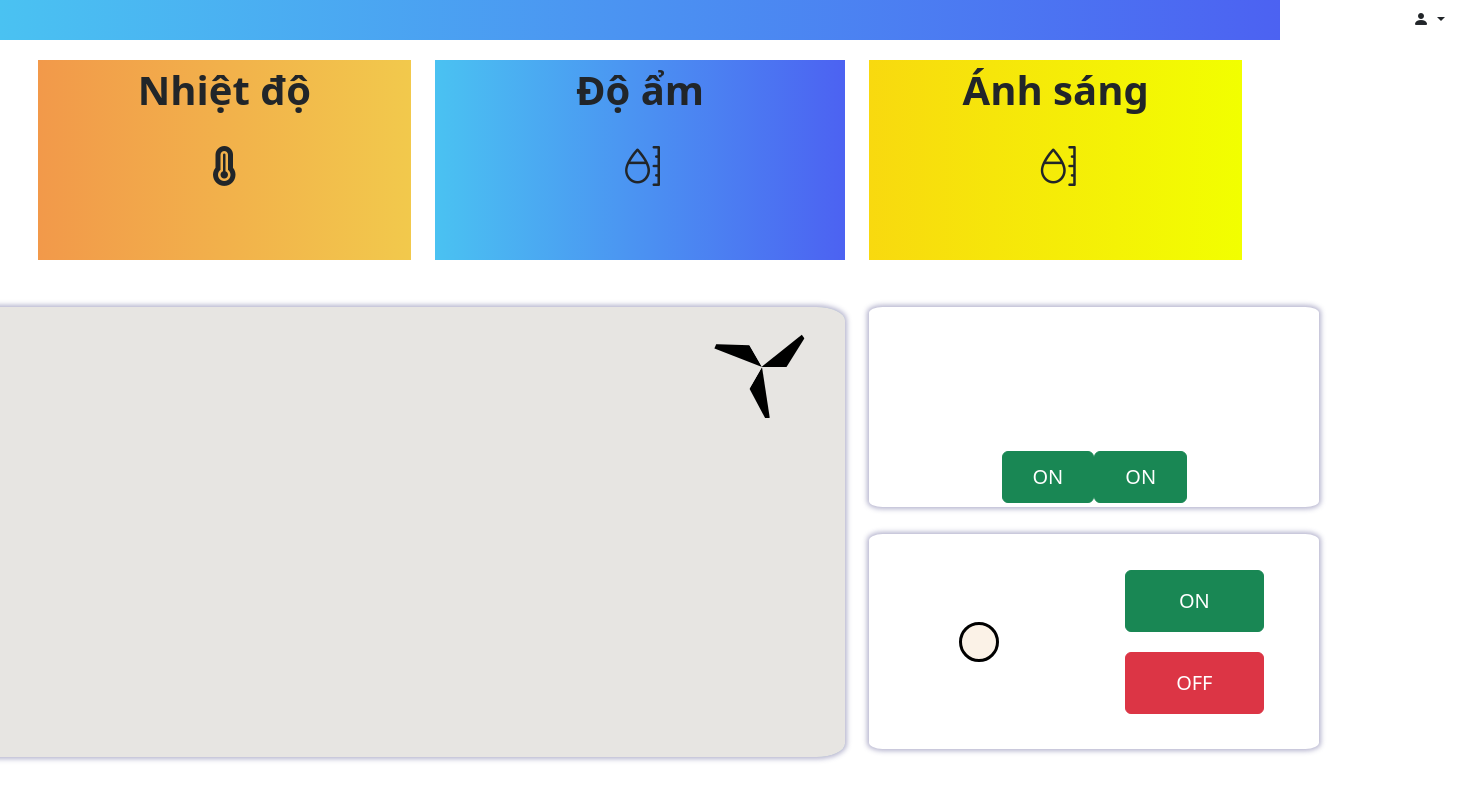
Repository: ndmq03102002/BTL_IOT
Page: Fontend_IOT/iot/index.html
The author's editor kept a copy of each file at every save. The page is drawn from the files as they stood at one save, then again after the next save.
The browser window is 1280 px wide. The page is 1458 px wide, so the pictures cover 1458 px, including what lies to the right of the window. The pictures show the whole page.
Some web libraries are served in a nearby version.

Above is the page before, as saved 2023-09-07 09:55:54.

### Fontend_IOT/iot/index.html
<!DOCTYPE html>
<html lang="en">
<head>
    <meta charset="UTF-8">
    <meta name="viewport" content="width=device-width, initial-scale=1.0">
    <title>Document</title>
    <link rel="stylesheet" href="style.css">
    <link rel="stylesheet" href="bootstrap/css/bootstrap.css">
    <link rel="stylesheet" href="assets/fonts/fontawesome/css/fontawesome-all.min.css">
    <script src="https://cdnjs.cloudflare.com/ajax/libs/Chart.js/2.9.4/Chart.js"></script>
    <script src="https://kit.fontawesome.com/1be2f108e2.js" crossorigin="anonymous"></script>
    <link rel="stylesheet" href="https://cdn.jsdelivr.net/npm/bootstrap-icons@1.10.5/font/bootstrap-icons.css">
    <link rel="stylesheet" href="https://cdnjs.cloudflare.com/ajax/libs/font-awesome/6.0.0/css/all.min.css" integrity="sha512-9usAa10IRO0HhonpyAIVpjrylPvoDwiPUiKdWk5t3PyolY1cOd4DSE0Ga+ri4AuTroPR5aQvXU9xC6qOPnzFeg==" crossorigin="anonymous" referrerpolicy="no-referrer" />

</head>
<header style="width: 100%; height: 40px; margin :auto;background: linear-gradient(to right, #4ac2f2, #4c62f2)">

    <div class="col-sm-12">
        <div class="btn-group" style=" margin-left: 1300px;  ">
            <a class="btn btn-white dropdown-toggle" style="border-radius: 0%;display: block; margin-left: 100px;" href="#" role="button" data-bs-toggle="dropdown" aria-expanded="false">
                <i class="bi bi-person-fill"></i>
              </a>
            <ul class="dropdown-menu">
                <li><a href="javascript:" class="dropdown-item"><i class="bi bi-person"></i> MSV: B20DCCN064</a></li>
                <li><a href="javascript:" class="dropdown-item"><i class="bi bi-phone"></i> Phone: 0399602556</a></li>
                <li><a href="message.html" class="dropdown-item"><i class="bi bi-envelope"></i> Email: Caibutchi2672gmail.com</a></li>
            </ul>
          </div>
</header>
<body>
     <div  style="background-color:white;height:700px; margin-bottom: 50px;">
        <div class="row">
            <div  class="col-sm-4 col-pd"style="padding-left: 50px;" >
                <div class="khoi1 khoi-size">
                        <p >Nhiệt độ</p>
                        <p style="display: inline; " class="count1"></p>
                        <span><i class='fa-solid fa-temperature-full'></i></span>

                </div>
            </div>
            <div class="col-sm-4 col-pd">
                <div class="khoi2 khoi-size">
                    <p> Độ ẩm</p>
                    <p style="display: inline;" class="count2"></p>
                    <span> <i class="bi bi-moisture"></i></span>
                </div>
            </div>
            <div class="col-sm-4 col-pd" style="padding-right: 50px;">
                <div class="khoi3 khoi-size">
                    <p>Ánh sáng</p>
                    <p style="display: inline;" class="count3"></p>
                    <span> <i class="bi bi-moisture"></i></span>
                </div>
            </div>
            <div class="col-sm-8 " >
                <div class="khoi" style="height: 450px;width: 950px; float:right">
                    <canvas id="myChart" style="border-radius: 3%; width:100%;height: 100%;background-color: rgb(231, 229, 226);"></canvas>
                </div>
            </div>
            <div class="col-sm-4 ">
                <div class="khoi khoiii" style=" background-color: white; height: 200px; width: 450px; float: none; display: flex; justify-content: center; align-items: center;">
                    <div class="fan">
                        <div class="blade blade-1"></div>
                        <div class="blade blade-2"></div>
                        <div class="blade blade-3"></div>
                        <div class="stand"></div>
                    </div>
                    <div class="button" style="margin-top: 140px;margin-left: 240px;">
                        <button class="btn btn-success " onclick="OnFan()" style="--bs-btn-padding-y: 10px; --bs-btn-padding-x: 30px; --bs-btn-font-size: 20px; ">ON</button>
                    </div>
                    <div class="button" style="margin-top: 140px;margin-right: 240px;">
                        <button class="btn btn-success " onclick="OnFan()" style="--bs-btn-padding-y: 10px; --bs-btn-padding-x: 30px; --bs-btn-font-size: 20px; ">ON</button>
                    </div>




                </div>
                <div class="khoi " style="background-color: white; margin-bottom: 20px; height: 215px; width: 450px; float: left; display: flex; justify-content: center; align-items: center;">
                    <div class="light" >
                        <div class="light-bulb" > </div>
                    </div>
                    <div class="button"  style="margin: auto;">
                        <button class="btn btn-success " onclick="OnLight()" style="--bs-btn-padding-y: 15px; --bs-btn-padding-x: 50px; --bs-btn-font-size: 20px; ">ON</button>
                         <button class="btn btn-danger " onclick="OffLight()" style="margin-top: 20px; --bs-btn-padding-y: 15px; --bs-btn-padding-x: 50px; --bs-btn-font-size: 20px;">OFF</button>

                    </div>

                </div>
            </div>
        </div>
    </div>
    <p>

    <script src="https://cdn.jsdelivr.net/npm/axios/dist/axios.min.js"></script>
    <script src="js.js"></script>
    <script src="jquery.js"></script>
    <script src="popper.min.js"></script>
    <script src="bootstrap/js/bootstrap.min.js"></script>
</body>
</html>

### Fontend_IOT/iot/style.css
html {
  margin: 0;
  padding: 0;
}

.khoi {
  width: 100%;
  height: 200px;
  margin-right: 0px;
  margin-bottom: 27px;
  background-color: #9fb4d0;

  box-shadow: 0px 0px 5px 2px rgba(97, 95, 151, 0.47);
  border-radius: 3%;
}
.khoi1 {
  width: 100%;
  height: 200px;
  margin-right: 0px;
  margin-bottom: 27px;
  background: linear-gradient(to right, #f2994a, #f2c94c);
}
.khoi2 {
  width: 100%;
  height: 200px;
  margin-right: 0px;
  margin-bottom: 27px;
  background: linear-gradient(to right, #4ac2f2, #4c62f2);
}
.khoi3 {
  width: 100%;
  height: 200px;
  margin-right: 0px;
  margin-bottom: 27px;
  background: linear-gradient(to right, #f8d90f, #f2ff00);
}
.khoii {
  width: 100%;
  height: 500px;
  background-color: black;
}
.abc {
  margin-bottom: 30px;
}
.col-pd {
  padding: 20px;
}
.khoi-size {
  font-size: 40px;
  font-weight: bold;
  text-align: center;
}
.fan {
  width: 200px;
  height: 200px;
  position: relative;
}

.blade {
  width: 0;
  height: 0;
  position: absolute;
  top: 10%;
  left: 110%;
  transform-origin: 0 50%;
  background-color: #000000;
  border-radius: 50%;
}

.blade-1 {
  width: 50px;
  height: 80px;
  clip-path: polygon(0 50%, 100% 0, 50% 50%);
  transform: rotate(0deg);
  /* animation: rotateFan1 1s linear infinite; */
}

.blade-2 {
  width: 50px;
  height: 80px;
  clip-path: polygon(0 50%, 100% 0, 50% 50%);
  transform: rotate(120deg);
  /* animation: rotateFan2 1s linear infinite; */
}

.blade-3 {
  width: 50px;
  height: 80px;
  clip-path: polygon(0 50%, 100% 0, 50% 50%);
  transform: rotate(240deg);
  /* animation: rotateFan3 1s linear infinite; */
}

@keyframes rotateFan2 {
  to {
    transform: rotate(480deg);
  }
}
@keyframes rotateFan1 {
  to {
    transform: rotate(360deg);
  }
}
@keyframes rotateFan3 {
  to {
    transform: rotate(600deg);
  }
}
.button {
  display: flex;
  flex-direction: column;
  justify-content: space-between;
}
.light {
  width: 200px;
  height: 200px;
}

.light-bulb {
  width: 40px;
  height: 40px;
  background-color: rgb(251 242 231);
  border: 3px solid #000;
  border-radius: 50%;
  position: relative;
  left: 90px;
  top: 80px;
}
@keyframes bulbLight {
  to {
    border: 5px solid transparent;
    box-shadow: 0 0 30px 50px rgba(255, 255, 0, 0.912);
  }
}

### Fontend_IOT/iot/js.js
let Listbox = document.querySelectorAll(".khoi-size");
let box1 = Listbox[0];
let box2 = Listbox[1];
let box3 = Listbox[2];
// let arrayP = box.getElementsByTagName("p");
// console.log(arrayP[1].innerText);

let countTemp = document.getElementsByClassName(".count1").innerText;
let countHum = document.getElementsByClassName(".count2").innerText;
let countLight = document.getElementsByClassName(".count3").innerText;

let count = 0;

function changeTemp() {
  if (countTemp <= 10) {
    box1.style.backgroundColor = "#9fb4d0";
  } else if (countTemp <= 25) {
    box1.style.backgroundColor = "#3fc848";
  } else if (countTemp <= 35) {
    box1.style.backgroundColor = "#c8b83f";
  } else {
    box1.style.backgroundColor = "#c83f3f";
  }
  if (countTemp > 50) {
    box1.style.backgroundColor = "#fd0606";
  }
}
function changeHum() {
  if (countHum <= 10) {
    box2.style.backgroundColor = "#9fb4d0";
  } else if (countHum <= 25) {
    box2.style.backgroundColor = "#3fc848";
  } else if (countHum <= 35) {
    box2.style.backgroundColor = "#c8b83f";
  } else {
    box2.style.backgroundColor = "#c83f3f";
  }
  if (countHum > 50) {
    box2.style.backgroundColor = "#fd0606";
  }
}
function changeLight() {
  if (countLight <= 10) {
    box3.style.backgroundColor = "#9fb4d0";
  } else if (countLight <= 25) {
    box3.style.backgroundColor = "#3fc848";
  } else if (countLight <= 35) {
    box3.style.backgroundColor = "#c8b83f";
  } else {
    box3.style.backgroundColor = "#c83f3f";
  }
  if (countLight > 50) {
    box3.style.backgroundColor = "#fd0606";
  }
}
function getTempAllData() {
  fetch("http://localhost:8080/Iot/getAllData")
    .then(function (response) {
      return response.json();
    })
    .then(function (posts) {
      const temp = [];
      const hum = [];
      const light = [];
      for (let key of posts) {
        temp.push(key.temperature);
        hum.push(key.humidity);
        light.push(key.light);
      }
      // hiển thị nhiệt độ
      countTemp = document.querySelector(".count1").innerText =
        temp[temp.length - 1];
      countHum = document.querySelector(".count2").innerText =
        hum[hum.length - 1];
      countLight = document.querySelector(".count3").innerText =
        light[light.length - 1];
      console.log("hello");
      changeTemp();
      changeHum();
      changeLight();
      //hiển thị đồ thị
      const xValues = [1, 5, 10, 15, 20, 25, 30, 35, 40, 45];
      type: "line",
        new Chart("myChart", {
          type: "line",
          data: {
            labels: xValues,
            datasets: [
              {
                data: temp,
                borderColor: "red",
                fill: false,
              },
              {
                data: hum,
                borderColor: "green",
                fill: false,
              },
              {
                data: light,
                borderColor: "blue",
                fill: false,
              },
            ],
          },
          options: {
            legend: { display: false },
            scales: {
              yAxes: [
                {
                  ticks: {
                    min: 1, // Giá trị tối thiểu trên trục tung
                    max: 100, // Giá trị tối đa trên trục tung
                    stepSize: 5, // Bước giữa các giá trị
                  },
                },
              ],
            },
          },
        });
    })
    .catch(function (err) {
      console.log(err);
    });
}
function OnFan() {
  const blade1 = (document.querySelector(".blade-1").style.animation =
    "rotateFan1 1s linear infinite");
  const blade2 = (document.querySelector(".blade-2").style.animation =
    "rotateFan2 1s linear infinite");
  const blade3 = (document.querySelector(".blade-3").style.animation =
    "rotateFan3 1s linear infinite");
}
function OffFan() {
  const blade1 = document
    .querySelector(".blade-1")
    .style.removeProperty("animation");
  const blade2 = document
    .querySelector(".blade-2")
    .style.removeProperty("animation");
  const blade3 = document
    .querySelector(".blade-3")
    .style.removeProperty("animation");
}
function OnLight() {
  const light = (document.querySelector(".light-bulb").style.animation =
    "bulbLight 1s linear forwards");
}
function OffLight() {
  const light = document
    .querySelector(".light-bulb")
    .style.removeProperty("animation");
}

Loaded but not shown: Fontend_IOT/iot/bootstrap/css/bootstrap.css (library); Fontend_IOT/iot/jquery.js (library); Fontend_IOT/iot/popper.min.js (library); Fontend_IOT/iot/bootstrap/js/bootstrap.min.js (library)

After the next save:
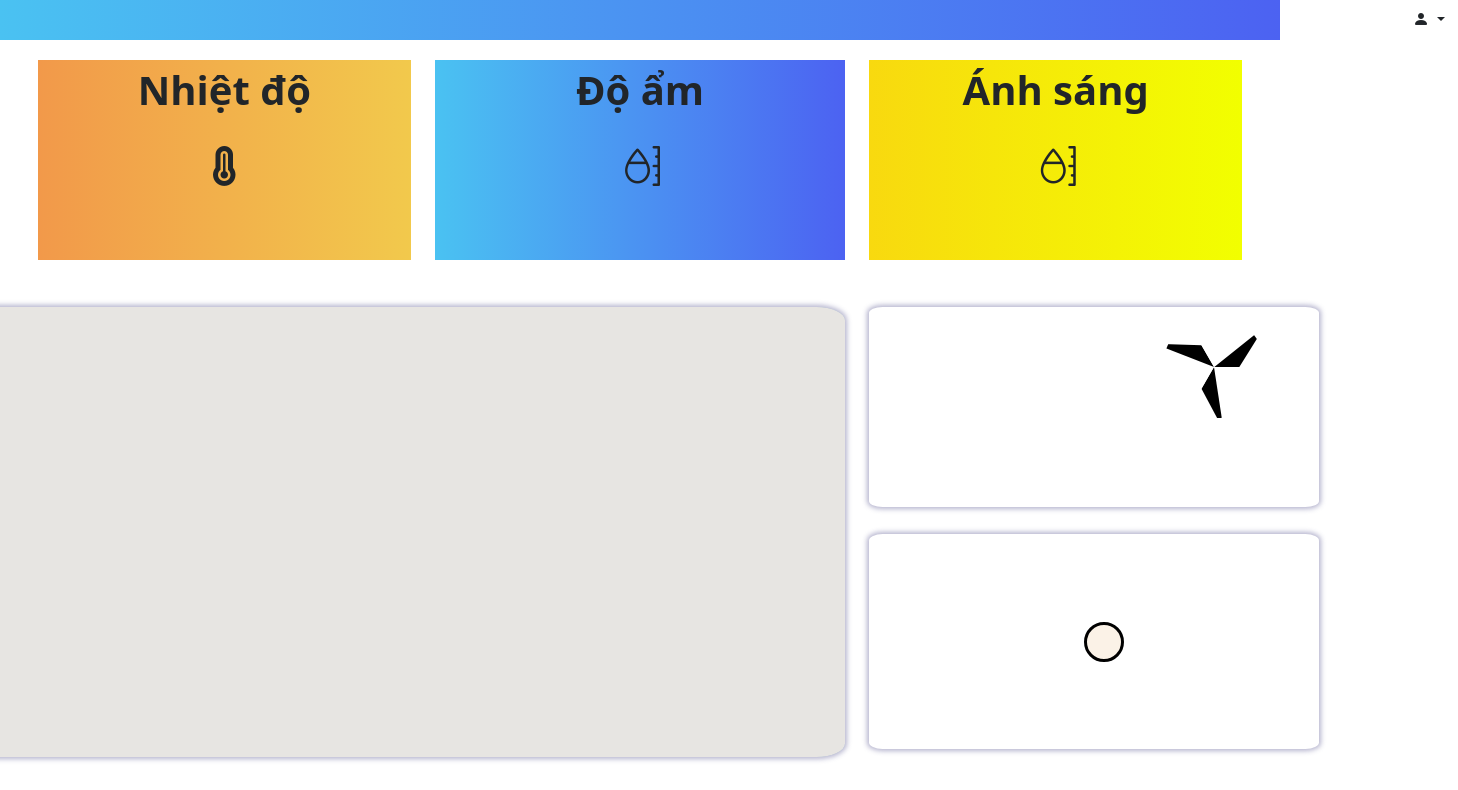
Saved 43 s later.
--- a/Fontend_IOT/iot/style.css
+++ b/Fontend_IOT/iot/style.css
@@ -107,7 +107,7 @@
   }
 }
 .button {
-  display: flex;
+  display: none;
   flex-direction: column;
   justify-content: space-between;
 }

After the save that followed:
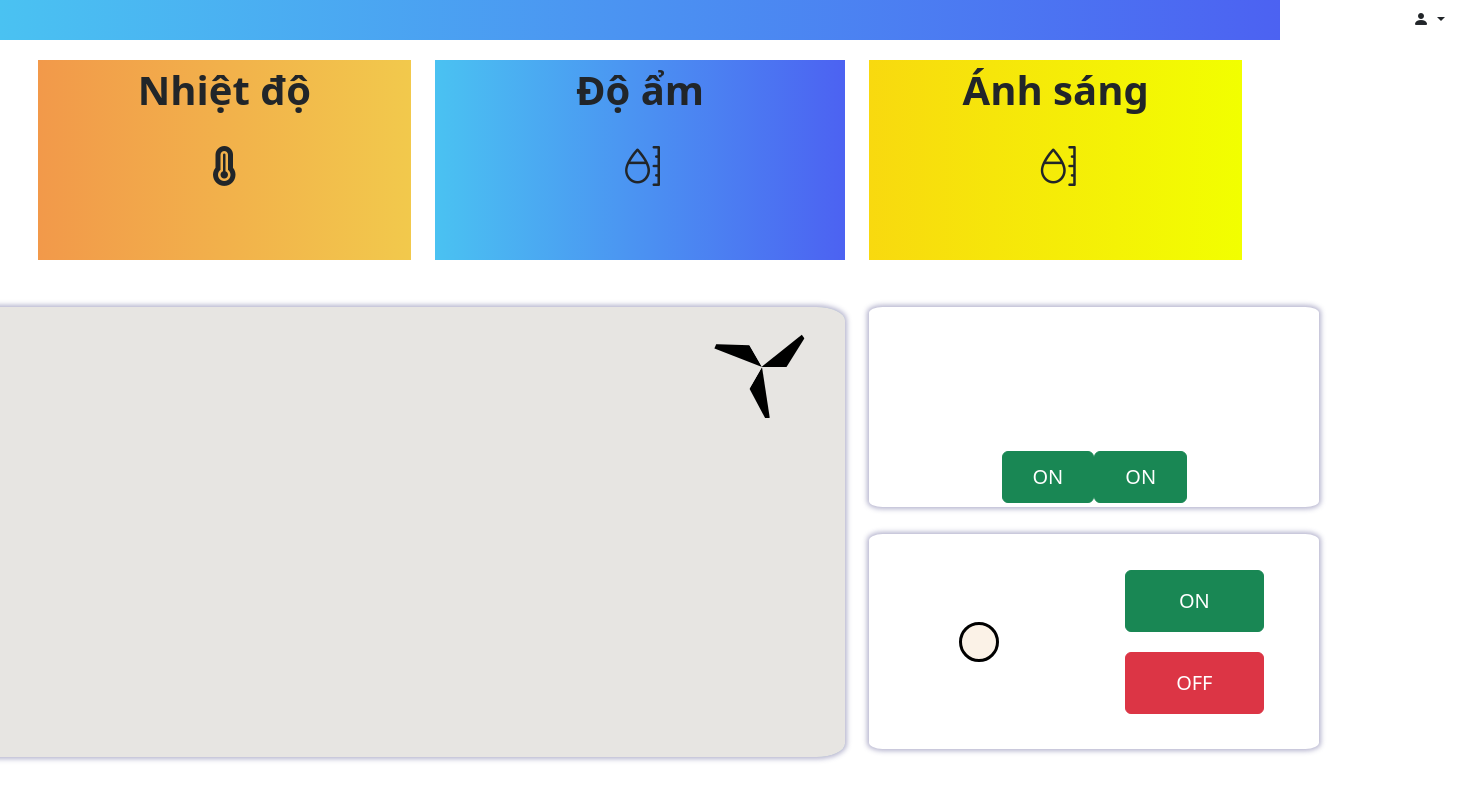
Saved 27 s later.
--- a/Fontend_IOT/iot/style.css
+++ b/Fontend_IOT/iot/style.css
@@ -61,7 +61,7 @@
   height: 0;
   position: absolute;
   top: 10%;
-  left: 110%;
+  left: 10%;
   transform-origin: 0 50%;
   background-color: #000000;
   border-radius: 50%;
@@ -107,7 +107,7 @@
   }
 }
 .button {
-  display: none;
+  display: flex;
   flex-direction: column;
   justify-content: space-between;
 }
